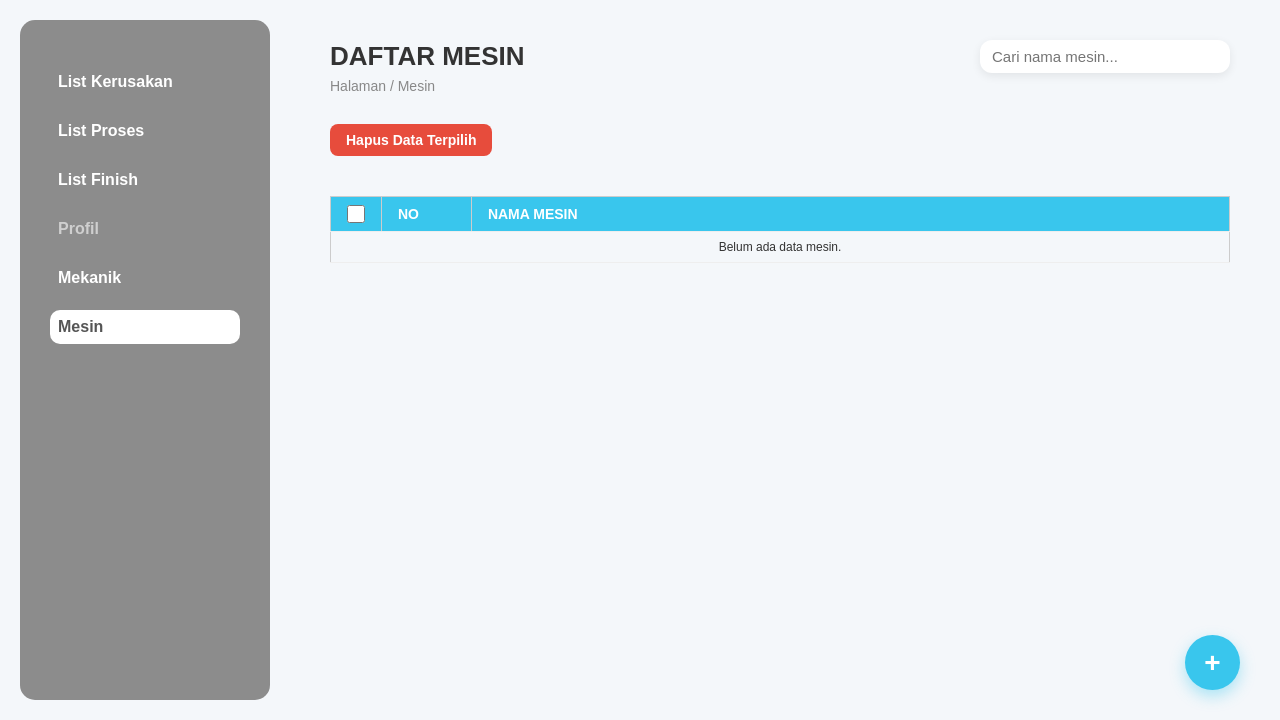
Repository: 1rHub/maintenance
Page: http://localhost/mesin.php
The author's editor kept a copy of each file at every save. The page is drawn from the files as they stood at one save, then again after a run of saves.
The browser window is 1280 px wide. The pictures show the whole page.
The page is run by PHP 8.4 with error messages shown; the project is at /var/www/html/. Queries for data that is not in the repository find no rows.

Above is the page before, as saved 2025-10-28 15:58:59.

### mesin.php
<?php
include "koneksi.php";
include "sidebar.php";

// === Tambah Mesin ===
if ($_SERVER["REQUEST_METHOD"] === "POST" && isset($_POST["tambah_mesin"])) {
    $nama = trim($_POST["nama_mesin"]);
    if ($nama !== "") {
        mysqli_query($conn, "INSERT INTO mesin (nama_mesin) VALUES ('$nama')");
    }
    header("Location: mesin.php");
    exit;
}

// === Hapus Mesin (multi delete) ===
if ($_SERVER["REQUEST_METHOD"] === "POST" && isset($_POST["hapus_laporan"])) {
    if (!empty($_POST["selected_id"])) {
        $ids = implode(",", array_map('intval', $_POST["selected_id"]));
        mysqli_query($conn, "DELETE FROM mesin WHERE id IN ($ids)");
    }
    header("Location: mesin.php?hapus=1");
    exit;
}

// === Ambil Semua Mesin ===
$result = mysqli_query($conn, "SELECT * FROM mesin ORDER BY id ASC");
$mesin_list = mysqli_fetch_all($result, MYSQLI_ASSOC);
?>
<!DOCTYPE html>
<html lang="id">

<head>
    <meta charset="UTF-8">
    <title>Data Mesin</title>
    <link rel="stylesheet" href="assets/css/style.css">
    <style>
        body {
            font-family: 'Poppins', sans-serif;
        }

        /* === mesin.php === */
        .main-container {
            margin-left: 30px;
            padding: 40px 10px 80px;
            overflow-x: hidden;
        }

        #mesinTable {
            width: 100%;
            min-width: 900px;
            table-layout: auto;
        }

        .header-row {
            display: flex;
            align-items: center;
            justify-content: space-between;
            margin-bottom: 25px;
        }

        h1 {
            font-size: 26px;
            font-weight: 700;
            color: #333;
            margin: 0;
        }

        .breadcrumb {
            color: #888;
            font-size: 14px;
            margin-bottom: 30px;
            margin-top: -20px;
        }

        /* === SEARCH BOX === */
        .search-box {
            display: flex;
            align-items: center;
            background: #fff;
            border-radius: 12px;
            box-shadow: 0 3px 10px rgba(0, 0, 0, 0.08);
            padding: 8px 12px;
            width: 250px;
        }

        .search-box input {
            flex: 1;
            border: none;
            outline: none;
            background: transparent;
            font-size: 15px;
        }

        .table {
            width: 100%;
            border-collapse: collapse;
            table-layout: fixed;
            min-width: 700px;
        }

        th,
        td {
            padding: 8px 16px;
            border-bottom: 1px solid #eee;
        }

        th {
            background: #39c6ed;
            color: white;
            text-transform: uppercase;
            font-size: 14px;
        }

        td {
            color: #333;
            font-weight: 500;
        }

        /* === CHECKBOX === */
        input[type="checkbox"] {
            width: 18px;
            height: 18px;
            cursor: pointer;
        }

        /* === BUTTON HAPUS DI LUAR TABEL === */
        .hapus-btn {
            background: #e74c3c;
            color: #fff;
            border: none;
            padding: 8px 16px;
            border-radius: 8px;
            font-size: 14px;
            cursor: pointer;
            transition: 0.2s;
            margin-bottom: 20px;
        }

        .hapus-btn:hover {
            background: #c0392b;
            transform: scale(1.05);
        }

        /* === FLOATING ADD BUTTON === */
        .float-btn {
            position: fixed;
            bottom: 30px;
            right: 40px;
            background-color: #39c6ed;
            color: #fff;
            font-size: 28px;
            width: 55px;
            height: 55px;
            border-radius: 50%;
            border: none;
            box-shadow: 0 6px 15px rgba(57, 198, 237, 0.4);
            cursor: pointer;
            transition: 0.3s ease;
        }

        .float-btn:hover {
            background-color: #2da8cf;
            transform: scale(1.1);
        }

        .popup {
            display: none;
            position: fixed;
            top: 0;
            left: 0;
            width: 100%;
            height: 100%;
            background: rgba(0, 0, 0, 0.4);
            justify-content: center;
            align-items: center;
            z-index: 999;
        }

        .popup-content {
            background: #fff;
            border-radius: 12px;
            padding: 20px 30px;
            box-shadow: 0 5px 15px rgba(0, 0, 0, 0.2);
            animation: fadeIn 0.2s ease;
        }

        .close-btn2 {
            float: right;
            font-size: 22px;
            cursor: pointer;
        }

        .popup-content form input[type="text"] {
            width: 100%;
            padding: 10px;
            margin-bottom: 12px;
            border: 1px solid #ccc;
            border-radius: 6px;
        }

        .popup-content button {
            background: #39c6ed;
            color: #fff;
            border: none;
            padding: 8px 16px;
            border-radius: 6px;
            cursor: pointer;
        }

        .popup-content button:hover {
            background: #2da8cf;
        }

        /* === POPUP TAMBAH MESIN === */
        #popupTambah .popup-content {
            width: 400px;
            max-width: 90%;
        }

        /* === POPUP RIWAYAT MESIN === */
        #popupRiwayatMesin .popup-content {
            width: 90%;
            max-width: 1100px;
            /* bisa kamu ubah ke 1000–1200px sesuai selera */
            overflow-x: auto;
            max-height: 85vh;
        }

        #popupRiwayatMesin table {
            width: 100%;
            border-collapse: collapse;
            margin-top: 10px;
        }

        #popupRiwayatMesin th,
        #popupRiwayatMesin td {
            padding: 8px 10px;
            border-bottom: 1px solid #eee;
            text-align: left;
        }

        #popupRiwayatMesin th {
            background: #39c6ed;
            color: #fff;
            font-size: 14px;
            text-transform: uppercase;
        }
    </style>
</head>

<body>
    <div class="main-container">

        <!-- === HEADER ROW === -->
        <div class="header-row">
            <h1>DAFTAR MESIN</h1>
            <div class="search-box">
                <input type="text" id="searchMesin" placeholder="Cari nama mesin...">
            </div>
        </div>
        <p class="breadcrumb">Halaman / Mesin</p>

        <!-- === BUTTON HAPUS DI LUAR TABEL === -->
        <form method="POST" id="formHapus">
            <input type="hidden" name="hapus_laporan" value="1">
            <button type="button" class="hapus-btn" onclick="showHapusPopup()">Hapus Data Terpilih</button>

            <div class="table-wrapper">
                <table id="mesinTable" class="table">
                    <thead>
                        <tr>
                            <th style="width:5%; text-align:center;"><input type="checkbox" id="selectAll"></th>
                            <th style="width:10%;">No</th>
                            <th>Nama Mesin</th>
                        </tr>
                    </thead>
                    <tbody>
                        <?php if (count($mesin_list) > 0): ?>
                            <?php $no = 1;
                            foreach ($mesin_list as $m): ?>
                                <tr class="data-row">
                                    <td style="text-align:center;">
                                        <input type="checkbox" name="selected_id[]" value="<?= $m['id'] ?>">
                                    </td>
                                    <td><?= $no++ ?></td>
                                    <td>
                                        <a href="#" onclick="openRiwayatMesin(<?= $m['id'] ?>, '<?= htmlspecialchars($m['nama_mesin']) ?>')">

                                            <?= htmlspecialchars($m['nama_mesin']) ?>
                                        </a>
                                    </td>
                                </tr>
                            <?php endforeach; ?>
                        <?php else: ?>
                            <tr>
                                <td colspan="3" style="text-align:center;">Belum ada data mesin.</td>
                            </tr>
                        <?php endif; ?>
                    </tbody>
                </table>
            </div>
        </form>

    </div>

    <!-- ➕ Floating Add Button -->
    <button class="float-btn" onclick="openTambahPopup()">+</button>

    <!-- === POPUP TAMBAH (SAMA SEPERTI KODEMU) === -->
    <div class="popup" id="popupTambah">
        <div class="popup-content">
            <span class="close-btn2" onclick="closeTambahPopup()">&times;</span>
            <h2>Tambah Mesin Baru</h2>
            <form method="POST">
                <input type="text" name="nama_mesin" placeholder="Nama mesin baru" required>
                <button type="submit" name="tambah_mesin">Tambah</button>
            </form>
        </div>
    </div>

    <!-- === POPUP RIWAYAT (SAMA SEPERTI KODEMU) === -->
    <div class="popup" id="popupRiwayatMesin">
        <div class="popup-content" style="max-width:900px;">
            <span class="close-btn2" onclick="closeRiwayatMesin()">&times;</span>
            <h2 id="riwayatMesinTitle">Riwayat Mesin</h2>
            <table>
                <thead>
                    <tr>
                        <th>Tanggal</th>
                        <th>Pelapor</th>
                        <th>Divisi</th>
                        <th>Keterangan</th>
                        <th>Mekanik</th>
                        <th>Pesan Mekanik</th>
                        <th>Kategori</th>
                    </tr>
                </thead>
                <tbody id="riwayatMesinTable">
                    <tr>
                        <td colspan="7" style="text-align:center;">Pilih mesin untuk melihat riwayat.</td>
                    </tr>
                </tbody>
            </table>
        </div>
    </div>

    <!-- === POPUP KONFIRMASI HAPUS === -->
    <div class="popup" id="popupHapus">
        <div class="popup-content" style="width:380px; text-align:center;">
            <h3 style="margin-bottom:15px;">Konfirmasi Hapus</h3>
            <p style="color:#555; margin-bottom:25px;">Apakah kamu yakin ingin menghapus data mesin terpilih?</p>
            <div style="display:flex; justify-content:center; gap:15px;">
                <button onclick="closeHapusPopup()"
                    style="background:#ccc; border:none; color:#333; padding:8px 14px; border-radius:6px; cursor:pointer;">Batal</button>
                <button onclick="confirmDelete()" id="btnHapusYa"
                    style="background:#e74c3c; border:none; color:white; padding:8px 14px; border-radius:6px; cursor:pointer;">Ya,
                    Hapus</button>
            </div>
        </div>
    </div>


    <script>
        // === SELECT ALL CHECKBOX ===
        document.getElementById('selectAll').addEventListener('change', function () {
            const checkboxes = document.querySelectorAll('input[name="selected_id[]"]');
            checkboxes.forEach(cb => cb.checked = this.checked);
        });

        // === LIVE SEARCH ===
        document.getElementById('searchMesin').addEventListener('input', function () {
            const query = this.value.toLowerCase();
            const rows = document.querySelectorAll('#mesinTable tbody tr.data-row');
            let visible = 0;
            rows.forEach(row => {
                const nama = row.cells[2].textContent.toLowerCase();
                if (nama.includes(query)) {
                    row.style.display = '';
                    visible++;
                } else {
                    row.style.display = 'none';
                }
            });

            const tbody = document.querySelector('#mesinTable tbody');
            let emptyRow = document.getElementById('noResultRow');
            if (visible === 0) {
                if (!emptyRow) {
                    emptyRow = document.createElement('tr');
                    emptyRow.id = 'noResultRow';
                    emptyRow.innerHTML = `<td colspan="3" style="text-align:center; height:60px; color:#888;">Tidak ada mesin yang cocok.</td>`;
                    tbody.appendChild(emptyRow);
                }
            } else if (emptyRow) {
                emptyRow.remove();
            }
        });

        // === POPUP TAMBAH MESIN ===
        function openTambahPopup() {
            document.getElementById('popupTambah').style.display = 'flex';
        }

        function closeTambahPopup() {
            document.getElementById('popupTambah').style.display = 'none';
        }

        // === POPUP RIWAYAT MESIN ===
        function openRiwayatMesin(id, nama) {
    const popup = document.getElementById('popupRiwayatMesin');
    const tbody = document.getElementById('riwayatMesinTable');
    const title = document.getElementById('riwayatMesinTitle');

    title.textContent = "Riwayat Mesin: " + nama;
    popup.style.display = 'flex';
    tbody.innerHTML = `<tr><td colspan="7" style="text-align:center;">Memuat data...</td></tr>`;

    fetch('riwayat_mesin.php?id=' + id)
        .then(response => response.json())
        .then(data => {
            if (data.length === 0) {
                tbody.innerHTML = `<tr><td colspan="7" style="text-align:center;">Belum ada riwayat perbaikan untuk mesin ini.</td></tr>`;
            } else {
                tbody.innerHTML = data.map(r => `
                    <tr>
                        <td>${r.tanggal}</td>
                        <td>${r.nama}</td>
                        <td>${r.divisi}</td>
                        <td>${r.pesan}</td>
                        <td>${r.nama_mekanik || '-'}</td>
                        <td>${r.pesan_mekanik}</td>
                        <td>${r.kategori}</td>
                    </tr>
                `).join('');
            }
        })
        .catch(err => {
            console.error(err);
            tbody.innerHTML = `<tr><td colspan="7" style="text-align:center;color:red;">Gagal memuat data.</td></tr>`;
        });
}


        function closeRiwayatMesin() {
            document.getElementById('popupRiwayatMesin').style.display = 'none';
        }

        // === POPUP VALIDASI HAPUS ===
        function showHapusPopup() {
            const checkboxes = document.querySelectorAll('input[name="selected_id[]"]:checked');
            if (checkboxes.length === 0) {
                alert("Pilih minimal satu data mesin untuk dihapus.");
                return;
            }
            document.getElementById('popupHapus').style.display = 'flex';
        }

        function closeHapusPopup() {
            document.getElementById('popupHapus').style.display = 'none';
        }

        document.getElementById('btnHapusYa').addEventListener('click', function () {
            document.getElementById('formHapus').submit();
        });

    </script>

</body>

</html>

### koneksi.php
<?php
$host = "localhost";
$user = "root";
$pass = "";
$db   = "db_laporan";

$conn = new mysqli($host, $user, $pass, $db);

if ($conn->connect_error) {
    die("Koneksi gagal: " . $conn->connect_error);
}
?>

### sidebar.php
<?php

$current_page = basename($_SERVER['PHP_SELF']);
?>

<head>
    <link rel="stylesheet" href="assets/css/style.css">
</head>
<div class="sidebar">
    <ul class="menu">
        <li>
            <a href="dashboard_laporan.php" class="<?= $current_page == 'dashboard_laporan.php' ? 'active' : '' ?>">
                List Kerusakan
            </a>
        </li>
        <li>
            <a href="list_proses.php" class="<?= $current_page == 'list_proses.php' ? 'active' : '' ?>">
                List Proses
            </a>
        </li>
        <li>
            <a href="list_finish.php" class="<?= $current_page == 'list_finish.php' ? 'active' : '' ?>">
                List Finish
            </a>
        </li>
        <li>
            <a href="#" class="disabled">Profil</a>
        </li>
        <li>
            <a href="mekanik.php" class="<?= $current_page == 'mekanik.php' ? 'active' : '' ?>">
                Mekanik
            </a>
        </li>
        <li>
            <a href="mesin.php" class="<?= $current_page == 'mesin.php' ? 'active' : '' ?>">
                Mesin
            </a>
        </li>
    </ul>
    <?php if ($current_page == 'dashboard_laporan.php'): ?>
        <button class="register-btn" onclick="openPopup()">Registrasi Laporan</button>
    <?php endif; ?>
</div>

Loaded but not shown: assets/css/style.css (783 lines, source omitted)

After the next 3 saves:
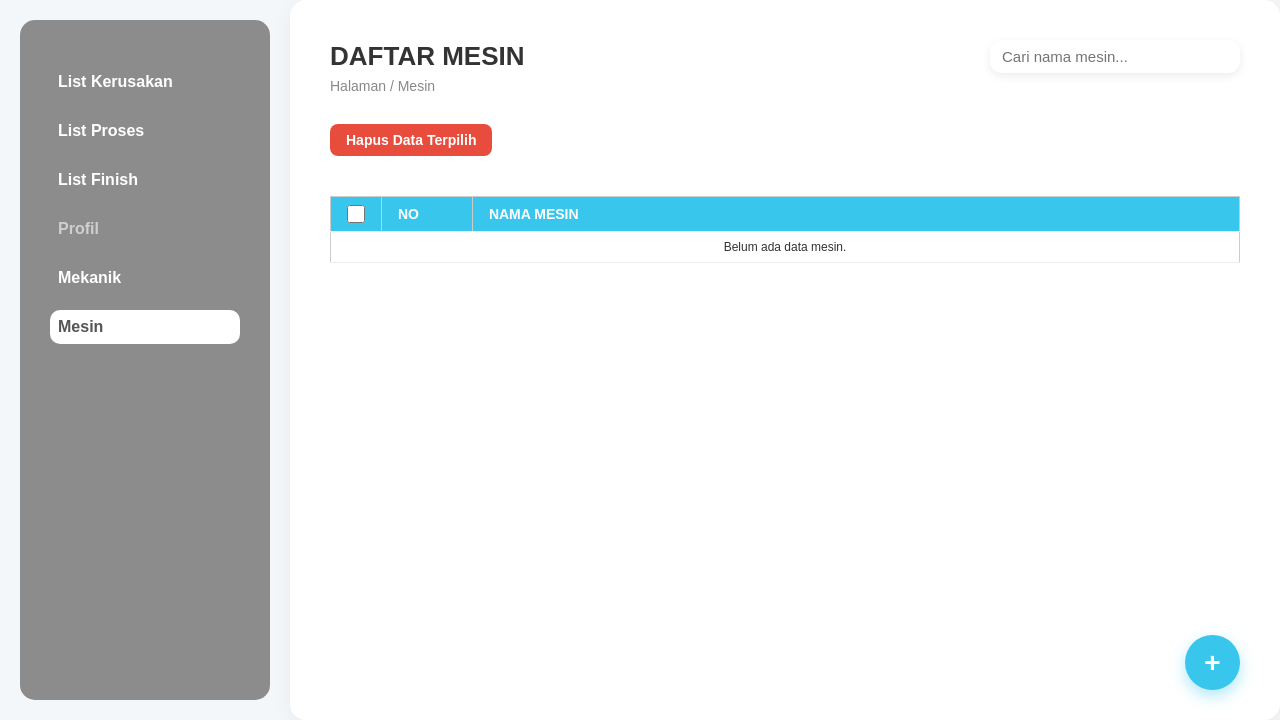
The 3 saves are shown as one change because they came seconds apart.
The last was saved 33 s later.
--- a/mesin.php
+++ b/mesin.php
@@ -40,10 +40,13 @@ $mesin_list = mysqli_fetch_all($result, MYSQLI_ASSOC);
 
         /* === mesin.php === */
         .main-container {
-            margin-left: 30px;
-            padding: 40px 10px 80px;
-            overflow-x: hidden;
-        }
+        flex: 1;
+	margin-left: 0px;
+	padding: 40px;
+	background: #fff;
+	border-radius: 16px;
+	box-shadow: 0 4px 20px rgba(0,0,0,0.05);
+}
 
         #mesinTable {
             width: 100%;
